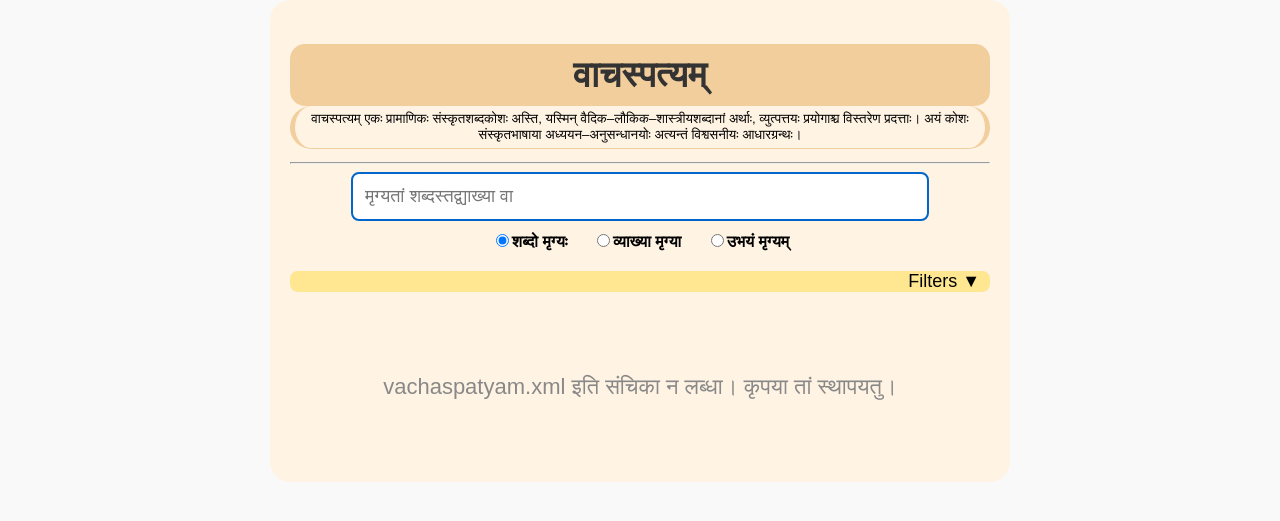
Repository: sanskritsphere/vachaspatyam-demo
Page: index.html
An editor plug-in stored every save of this project. The page is shown before and after the next save, followed by the edit.
The browser window is 1280 px wide. The pictures show the whole page.

Above is the page before, as saved 2025-12-14 16:56:25.

### index.html
<!DOCTYPE html>
<html lang="sa">
<head>
    <meta charset="UTF-8">
    <meta name="viewport" content="width=device-width, initial-scale=1.0">
    <link rel="styleSheet" type="text/css" href="style.css">
    <title>वाचस्पत्यम् शब्दकोशः</title>

</head>
<body>
    <div class="container">
    <header>
        <h1>वाचस्पत्यम्</h1>
    <p class="small">वाचस्पत्यम् एकः प्रामाणिकः संस्कृतशब्दकोशः अस्ति, यस्मिन् वैदिक–लौकिक–शास्त्रीयशब्दानां अर्थाः, व्युत्पत्तयः प्रयोगाश्च विस्तरेण प्रदत्ताः।
अयं कोशः संस्कृतभाषाया अध्ययन–अनुसन्धानयोः अत्यन्तं विश्वसनीयः आधारग्रन्थः।</p>
    </header>
    <hr>

    <div id="searchContainer">
        <input type="text" id="search" placeholder="मृग्यतां शब्दस्तद्व्याख्या वा">
        <div class="search-options">
            <label><input type="radio" name="searchMode" value="wordOnly" checked>शब्दो मृग्यः</label>
            <label><input type="radio" name="searchMode" value="meaningOnly">व्याख्या मृग्या</label>
            <label><input type="radio" name="searchMode" value="both">उभयं मृग्यम्</label>
        </div>
    </div>
    <div class="toggle-btn" id="toggleFilters">
    Filters
    <span class="arrow">▼</span>
 </div>
    <div class="filters" id="filtersPanel">
        <div class="filter-group" id="startingLetterGroup">
            <label>आद्यक्षरानुक्रमेण पृथक्करणम्</label>
            <select id="startingLetterFilter">
                <option value="">सर्वाणि आद्यक्षराणि</option>
            </select>
        </div>

        <div class="filter-group" id="gcGroup">
            <label>लिङ्गशः पृथक्करणम्</label>
            <select id="gcFilter">
                <option value="">सर्वलिङ्गानि</option>
            </select>
        </div>

        <!-- टैग विज़िबिलिटी -->
        <div class="filter-group" style="grid-column: 1 / -1;" id="tagVisibilityGroup">
            <label>दर्शयितुमिष्टानि खण्डानि चिन्वीत</label>
            <div class="tag-visibility" id="tagVisibility">
                <!-- डायनामिकली जनरेट होगा -->
            </div>
        </div>

        <!-- नए टैग फ़िल्टर सेक्शन -->
        <div class="filter-group" style="grid-column: 1 / -1;" id="tagFiltersGroup">
            <label>टैग्-मूल्येन विशिष्टमानानि चीयन्ताम्</label>
            <div class="tag-filters" id="tagFilters">
                <!-- XML से सभी टैग्स के लिए डायनामिक सिलेक्ट बॉक्स जनरेट होंगे -->
            </div>
        </div>
    </div>

    <div id="results"></div>
</div>
    <script>

        let dictionary = [];
        let allTags = new Set();
        let filteredEntries = [];
        let tagValues = {}; // { tag: Set of values }
        let startingLetters = new Set();
        let gcValues = new Set();
        let currentPage = 1;
        const itemsPerPage = 2;
        // XML फ़ाइल लोड करना
        fetch('vachaspatyam.xml')
            .then(response => response.text())
            .then(xmlText => {
                const parser = new DOMParser();
                const xml = parser.parseFromString(xmlText, "application/xml");
                const entries = xml.querySelectorAll('entry');

                entries.forEach(entry => {
                    const obj = {};
                    entry.querySelectorAll('*').forEach(child => {
                        const tagName = child.tagName;
                        allTags.add(tagName);

                        if (!obj[tagName]) obj[tagName] = [];
                        const value = child.textContent.trim();
                        if (value) obj[tagName].push(value);

                        // टैग वैल्यूज़ कलेक्ट करना
                        if (!tagValues[tagName]) tagValues[tagName] = new Set();
                        tagValues[tagName].add(value);

                        // विशेष हैंडलिंग
                        if (tagName === 'V' && value) {
                            startingLetters.add(value[0]);
                        }
                        if (tagName === 'GC' && value) {
                            gcValues.add(value);
                        }
                    });
                    dictionary.push(obj);
                });

                generateDynamicFilters();
                generateTagVisibility();
                generateTagFilters(); // नया फ़ीचर
                renderEntries(dictionary);
                currentPage = 1;
                renderPaginatedEntries('');
            })
            .catch(err => {
                document.getElementById('results').innerHTML =
                    '<p class="no-results">vachaspatyam.xml इति संचिका न लब्धा। कृपया तां स्थापयतु।</p>';
                console.error(err);
            });

        function generateDynamicFilters() {
            const startingSelect = document.getElementById('startingLetterFilter');
            [...startingLetters].sort().forEach(letter => {
                const opt = document.createElement('option');
                opt.value = letter;
                opt.textContent = letter;
                startingSelect.appendChild(opt);
            });

            const gcSelect = document.getElementById('gcFilter');
            [...gcValues].sort().forEach(gc => {
                const opt = document.createElement('option');
                opt.value = gc;
                opt.textContent = gc;
                gcSelect.appendChild(opt);
            });
        }

        function generateTagVisibility() {
            const container = document.getElementById('tagVisibility');
            container.innerHTML = '';
            [...allTags].sort().forEach(tag => {
                const label = document.createElement('label');
                const checkbox = document.createElement('input');
                checkbox.type = 'checkbox';
                checkbox.id = 'show' + tag;
                checkbox.checked = tag === 'V' || tag === 'WM'; // डिफ़ॉल्ट V और WM दिखाएँ
                label.appendChild(checkbox);
                label.appendChild(document.createTextNode(' ' + tag));
                container.appendChild(label);
            });
        }

        function generateTagFilters() {
            const container = document.getElementById('tagFilters');
            container.innerHTML = '';
            [...allTags].sort().forEach(tag => {
                if (tag === 'V') return; // V के लिए पहले से आदि अक्षर फ़िल्टर है

                const group = document.createElement('div');
                group.className = 'filter-group';

                const label = document.createElement('label');
                label.textContent = `${tag} मूल्येन पृथक्करोतु`;
                group.appendChild(label);

                const select = document.createElement('select');
                select.id = 'filter_' + tag;
                select.innerHTML = '<option value="">सर्वाणि</option>';

                // टैग के सभी यूनिक वैल्यूज़ जोड़ना
                [...tagValues[tag]].sort().forEach(val => {
                    const opt = document.createElement('option');
                    opt.value = val;
                    opt.textContent = val;
                    select.appendChild(opt);
                });

                group.appendChild(select);
                container.appendChild(group);
            });
        }

        function getMeaningText(entry) {
            let text = '';
            Object.keys(entry).forEach(key => {
                if (key !== 'V') {
                    text += entry[key].join(' ') + ' ';
                }
            });
            return text;
        }

function renderPaginatedEntries(query) {
    const resultsDiv = document.getElementById('results');
    resultsDiv.innerHTML = '';

    if (filteredEntries.length === 0) {
        resultsDiv.innerHTML = '<p class="no-results">कश्चन शब्दो न लब्धः। कृपया मृग्यपदं परिवर्तयतु।</p>';
        return;
    }

    // Pagination calculate
    const startIndex = (currentPage - 1) * itemsPerPage;
    const endIndex = Math.min(startIndex + itemsPerPage, filteredEntries.length);
    const pageEntries = filteredEntries.slice(startIndex, endIndex);

    // Entries render करना
    pageEntries.forEach(entry => {
        const div = document.createElement('div');
        div.className = 'entry';

        const headWord = entry.V ? highlightText(entry.V[0], query) : 'अज्ञातः';
        div.innerHTML = `<h3>${headWord}</h3>`;

        const tagsDiv = document.createElement('div');

        allTags.forEach(tag => {
            const checkbox = document.getElementById('show' + tag);
            if (checkbox && checkbox.checked && entry[tag]) {
                entry[tag].forEach(value => {
                    const highlightedValue = highlightText(value, query);

                    if (tag === 'WM' || tag === 'EXP') {
                        tagsDiv.innerHTML += `
                            <div class="content">
                                <span class="tag-name">${tag}:</span>
                                ${highlightedValue}
                            </div>`;
                    } else {
                        tagsDiv.innerHTML += `
                            <span class="tag">
                                <span class="tag-name">${tag}:</span>
                                ${highlightedValue}
                            </span>`;
                    }
                });
            }
        });

        div.appendChild(tagsDiv);
        resultsDiv.appendChild(div);
    });

    // Pagination controls जोड़ना
    const paginationDiv = document.createElement('div');
    paginationDiv.className = 'pagination';
    paginationDiv.style.textAlign = 'center';
    paginationDiv.style.marginTop = '30px';

    const totalPages = Math.ceil(filteredEntries.length / itemsPerPage);

    // Previous button
    if (currentPage > 1) {
        const prevBtn = document.createElement('button');
        prevBtn.textContent = '← पूर्वपृष्ठम्';
        prevBtn.style.padding = '10px 20px';
        prevBtn.style.margin = '0 10px';
        prevBtn.style.fontSize = '16px';
        prevBtn.onclick = () => {
            currentPage--;
            renderPaginatedEntries(query);
            window.scrollTo(0, 0);
        };
        paginationDiv.appendChild(prevBtn);
    }

    // Page info
    const info = document.createElement('span');
    info.textContent = `पृष्ठ ${currentPage} / ${totalPages} (कुल ${filteredEntries.length} शब्दाः)`;
    info.style.fontSize = '18px';
    info.style.margin = '0 20px';
    paginationDiv.appendChild(info);

    // Next button
    if (currentPage < totalPages) {
        const nextBtn = document.createElement('button');
        nextBtn.textContent = 'अग्रपृष्ठम् →';
        nextBtn.style.padding = '10px 20px';
        nextBtn.style.margin = '0 10px';
        nextBtn.style.fontSize = '16px';
        nextBtn.onclick = () => {
            currentPage++;
            renderPaginatedEntries(query);
            window.scrollTo(0, 0);
        };
        paginationDiv.appendChild(nextBtn);
    }

    resultsDiv.appendChild(paginationDiv);
}

function filterEntries() {
    let filtered = dictionary;

    const query = document.getElementById('search').value.trim();
    const searchMode = document.querySelector('input[name="searchMode"]:checked').value;

    if (query) {
        if (searchMode === 'wordOnly') {
            filtered = filtered.filter(entry => entry.V && entry.V.some(v => v.includes(query)));
        } else if (searchMode === 'meaningOnly') {
            filtered = filtered.filter(entry => getMeaningText(entry).includes(query));
        } else {
            filtered = filtered.filter(entry =>
                (entry.V && entry.V.some(v => v.includes(query))) ||
                getMeaningText(entry).includes(query)
            );
        }
    }

    const startingLetter = document.getElementById('startingLetterFilter').value;
    if (startingLetter) {
        filtered = filtered.filter(entry => entry.V && entry.V[0].startsWith(startingLetter));
    }

    const gc = document.getElementById('gcFilter').value;
    if (gc) {
        filtered = filtered.filter(entry => entry.GC && entry.GC.includes(gc));
    }

    // सभी टैग फ़िल्टर्स
    allTags.forEach(tag => {
        const select = document.getElementById('filter_' + tag);
        if (select && select.value) {
            const filterValue = select.value;
            filtered = filtered.filter(entry =>
                entry[tag] && entry[tag].includes(filterValue)
            );
        }
    });

    // नया: filtered list को global में save करें
    filteredEntries = filtered;
    currentPage = 1;  // नया filter लगने पर पहला page दिखाएँ
    renderPaginatedEntries(query);
}

        // for highlight
            function highlightText(text, query) {
                if (!query) return text;
                const regex = new RegExp(`(${query})`, 'gi');
                return text.replace(regex, '<mark>$1</mark>');
            }

        // टॉगल बटन
    document.getElementById('toggleFilters').addEventListener('click', () => {
    const panel = document.getElementById('filtersPanel');
    const btn = document.getElementById('toggleFilters');
    btn.classList.toggle('active');
    panel.style.display = panel.style.display === 'block' ? 'none' : 'block';

    if (panel.classList.contains('show')) {
        panel.classList.remove('show');
        setTimeout(() => {
            panel.style.display = 'none';
        }, 1); // CSS transition duration के बराबर
    } else {
        panel.style.display = 'grid';
        // थोड़ा सा delay ताकि display apply हो जाए
        requestAnimationFrame(() => {
            panel.classList.add('show');
        });
    }
});


    function generateTagVisibility() {
    const container = document.getElementById('tagVisibility');
    container.innerHTML = '';

    // टैग नेम → संस्कृत में पूरा लेबल (विवरण)
    const tagLabels = {
        V:    "शब्दः (Vocable)",
        GC:   "लिङ्गम् (Grammatical Category)",
        GR:   "व्युत्पत्तिः (Grammar & Root)",
        ET:   "व्युत्पत्ति-विवरणम् (Etymology)",
        EXP:  "व्याख्या (Explanation)",
        CA:   "समास-विश्लेषणम् (Compound Analysis)",
        CT:   "उद्धरणम् (Citation Text)",
        RM:   "सन्दर्भः (Reference Mode)",
        WM:   "मुख्यार्थः (Word Meaning)"
        // यदि भविष्य में नया टैग जोड़ा जाए तो यहाँ उसका विवरण जोड़ सकते हैं
    };

    [...allTags].sort().forEach(tag => {
        const label = document.createElement('label');
        const checkbox = document.createElement('input');
        checkbox.type = 'checkbox';
        checkbox.id = 'show' + tag;
        // डिफ़ॉल्ट: V और WM हमेशा चेक रहें
        checkbox.checked = (tag === 'V' || tag === 'WM');

        label.appendChild(checkbox);
        // विवरण यदि उपलब्ध हो तो दिखाएँ, अन्यथा केवल टैग नेम
        const displayText = tagLabels[tag] || tag;
        label.appendChild(document.createTextNode(' ' + displayText));

        container.appendChild(label);
    });
}



        // सभी इवेंट्स
        document.getElementById('search').addEventListener('input', filterEntries);
        document.querySelectorAll('input[name="searchMode"]').forEach(radio => radio.addEventListener('change', filterEntries));
        document.getElementById('startingLetterFilter').addEventListener('change', filterEntries);
        document.getElementById('gcFilter').addEventListener('change', filterEntries);
        document.getElementById('filtersPanel').addEventListener('change', filterEntries); // सभी सिलेक्ट और चेकबॉक्स




    </script>
</body>
</html>

### style.css

        body {
            font-family: 'Sanskrit Text', 'Arial Unicode MS', Arial, sans-serif;
            margin: 20px;
            background-color: #f9f9f9;
            direction: ltr;
            margin: 0;
            padding: 0;
        }
        .container{
            width: 95%;
            max-width: 700px;
            margin: auto;
            background-color: #fff3e3;
            padding: 20px;
            border-radius: 20px;
            align-items: center;
            justify-content: center;
        }
        header{
            display: block;
            justify-content: center;
            align-items: center;
            gap: 20px;
        }

       header h1 {
            text-align: center;
            color: #333;
            font-size: 36px;
            background-color: #f1ce9c;
            padding: 10px;
            border-radius: 15px;
            margin-bottom: 0;
        }
       header .small{
            margin-top: 0;
            padding: 5px;
            font-size: smaller;
            border-left: 5px solid #f1ce9c;
            border-radius: 100px ;
            border-right: 5px solid #f1ce9c;
            border-bottom: 1px solid #f1ce9c;
            text-align: center;
        }
        #toggleFilters {
            display: block;
            margin: 20px auto;
            padding: 0px 10px ;
            font-size: 18px;
            background: #ffe792;
            color: rgb(0, 0, 0);
            border: none;
            border-radius: 8px;
            cursor: pointer;
            text-align: right;

        }

        .arrow {
        display: inline-block;
        transition: transform 0.4s ease;
    }

    #toggleFilters.active .arrow {
        transform: rotate(180deg);
    }
        #searchContainer {
            margin-bottom: 20px;
            text-align: center;
        }
        #search {
            width: 80%;
            max-width: 550px;
            padding: 12px;
            font-size: 18px;
            border: 2px solid #0066cc;
            border-radius: 8px;
        }
        .search-options {
            margin-top: 10px;
        }
        .search-options label {
            margin: 0 10px;
            font-weight: bold;
            font-size: 16px;

        }
        .filters {
    margin-bottom: 20px;
    padding: 15px;
    background: #fff;
    border: 1px solid #ddd;
    border-radius: 10px;
    box-shadow: 0 4px 10px rgba(0,0,0,0.1);
    margin-top: 10px;
    /* display: grid; */
    grid-template-columns: repeat(auto-fit, minmax(300px, 1fr));
    gap: 20px;
    max-height: 0;
    opacity: 0;
    overflow: hidden;
    transition: max-height 0.6s ease, opacity 0.6s ease;
    display: none;
}
.filters.show {
    position: relative;
    max-height: 2000px; /* content से ज़्यादा रखो */
    opacity: 1;
   display: block;
}

        .filter-group {
            display: flex;
            flex-direction: column;
        }
        .filter-group label {
            font-weight: bold;
            margin-bottom: 8px;
            color: #333;
            font-size: 18px;
        }
        .filter-group select {
            padding: 8px;
            border-radius: 6px;
            border: 1px solid #ccc;
            font-size: 16px;
            max-width: 300px;
        }
        .tag-visibility {
            display: grid;
            grid-template-columns: repeat(auto-fill, minmax(180px, 1fr));
            gap: 10px;
            margin-top: 10px;
        }
        .tag-visibility label {
            font-weight: normal;
            display: flex;
            align-items: center;
            font-size: 16px;
        }
        .tag-visibility input[type="checkbox"] {
            margin-right: 8px;
        }
        .tag-filters {
            display: grid;
            grid-template-columns: repeat(auto-fill, minmax(250px, 1fr));
            gap: 15px;
            margin-top: 15px;
            padding: 10px;
            background: #fff9f9;
            border-radius: 8px;
        }
        #results {
            display: grid;
            gap: 20px;
        }
        .entry {
            background: white;
            padding: 20px;
            border: 1px solid #ddd;
            border-radius: 10px;
            box-shadow: 0 4px 10px rgba(0,0,0,0.1);
        }
        .entry h3 {
            margin: 0 0 15px 0;
            color: #0066cc;
            font-size: 32px;
            border-bottom: 2px solid #0066cc;
            padding-bottom: 8px;
        }
        .tag {
            display: inline-block;
            background: #e6f2ff;
            color: #0066cc;
            padding: 6px 12px;
            margin: 5px;
            border-radius: 6px;
            font-size: 16px;
            border: 1px solid #b3d9ff;
        }
        .tag-name {
            font-weight: bold;
            margin-right: 8px;
        }
        .content {
            margin-top: 12px;
            line-height: 1.8;
            background: #f8fbff;
            padding: 10px;
            border-radius: 6px;
            border-left: 4px solid #0066cc;
            font-size: 16px;
        }
        .no-results {
            text-align: center;
            color: #888;
            font-size: 22px;
            padding: 40px;
        }
        @media (max-width: 768px) {
            .filters {
                grid-template-columns: 1fr;
            width: 92%;
            }
            .tag-visibility, .tag-filters {
                grid-template-columns: 1fr;
            width: 92%;
            }
            #search {
                width: 92%;
            }
            .container{
                margin: 0%;
                width: 100%;
                max-width: 90%;
            }
           .container select{
             max-width: 250px;
            }
        }
    mark {
    background-color: #ffff01;
}.pagination button {
    background-color: #ffe792;
    color: black;
    border: none;
    border-radius: 8px;
    cursor: pointer;
    font-weight: bold;
}

.pagination button:hover {
    background-color: #f1ce9c;
}

After the next save:
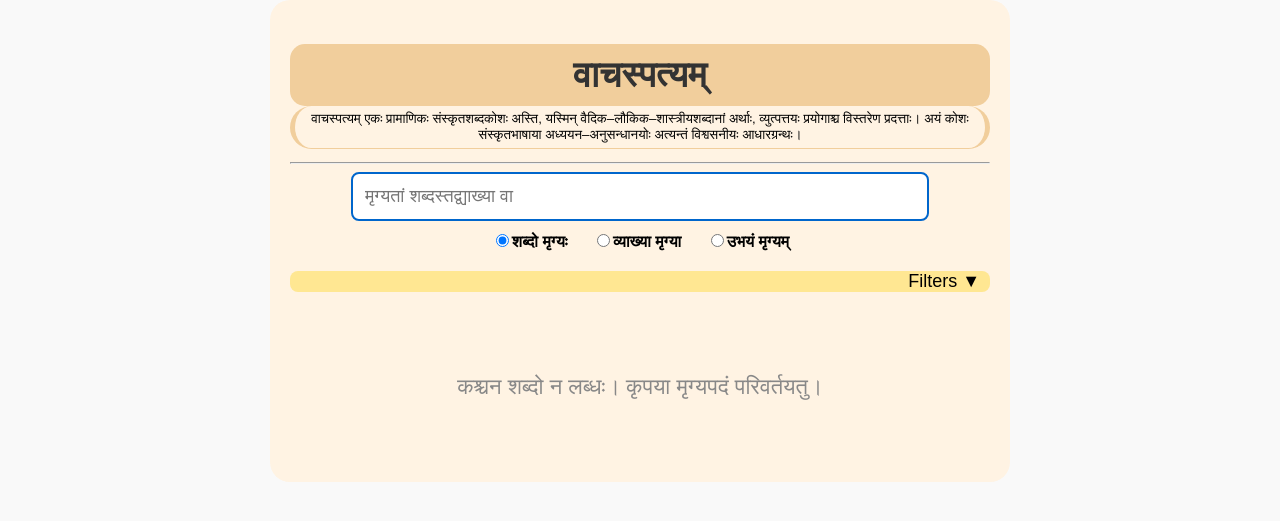
Saved 7 min 31 s later.
--- a/index.html
+++ b/index.html
@@ -108,7 +108,7 @@
                 generateDynamicFilters();
                 generateTagVisibility();
                 generateTagFilters(); // नया फ़ीचर
-                renderEntries(dictionary);
+                // renderEntries(dictionary);
                 currentPage = 1;
                 renderPaginatedEntries('');
             })
